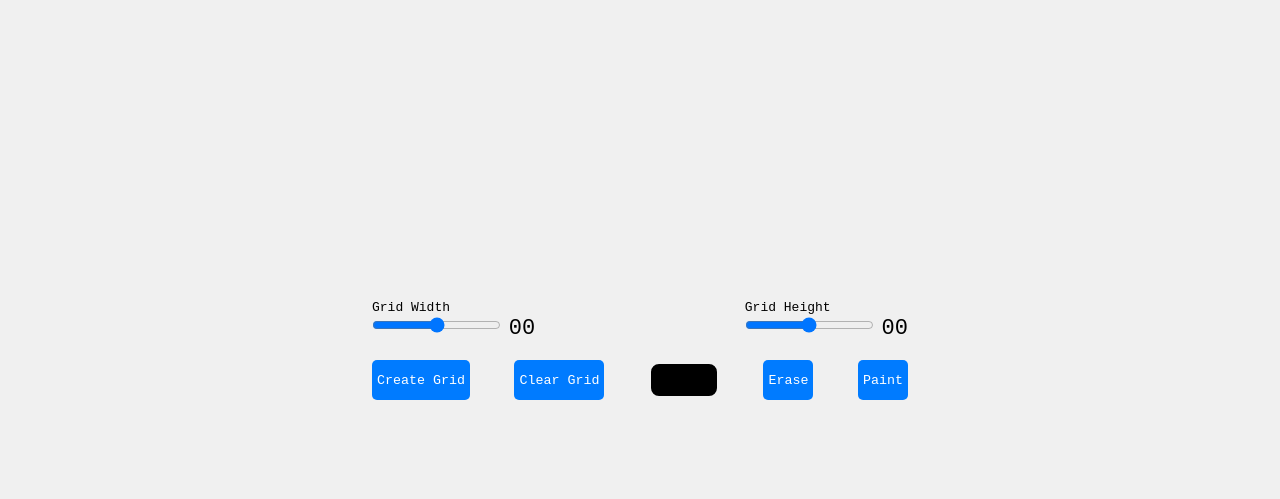
Repository: radisyah/Pixel_Art_Generator
Page: index.html
These files come from the project's save history. The page is drawn as it stood at one moment and after the next save; the edit follows.
The browser window is 1280 px wide. The pictures show the whole page.

Above is the page before, as saved 2024-11-20 12:42:27.

### index.html
<!DOCTYPE html>
<html lang="en">
<head>
    <meta charset="UTF-8">
    <meta name="viewport" content="width=device-width, initial-scale=1.0">
    <link rel="stylesheet" href="style.css">
    <title>#1 - Pixel Art Generator | AsmrProg</title>
</head>
<body>

    <div class="wrapper">

        <div class="options">
            <div class="option-wrapper">
                <div class="slider">
                    <label for="width-range">Grid Width</label>
                    <input type="range" id="width-range" min="1" max="35">
                    <span id="width-value">00</span>
                </div>
                <div class="slider">
                    <label for="height-range">Grid Height</label>
                    <input type="range" id="height-range" min="1" max="35">
                    <span id="height-range">00</span>
                </div>
            </div>

            <div class="option-wrapper">
                <button id="submit-grid">Create Grid</button>
                <button id="clear-grid">Clear Grid</button>
                <input type="color" id="color-input">
                <button id="erase-btn">Erase</button>
                <button id="paint-btn">Paint</button>
            </div>

        </div>

        <div class="container"></div>

    </div>

    <script src="index.js"></script>

</body>
</html>

### style.css
*{
    padding: 0;
    margin: 0;
    box-sizing: border-box;
    font-family: monospace;
}

body{
    background-color: #f0f0f0;
}

.wrapper{
    background-color: #green;
    width: 80vmin;
    position: absolute;
    transform: translate(-50%, -50%);
    top: 50%;
    left: 50%;
    padding: 40px 20px;
    border-radius: 8px;
}

label{
    display: block;
}

span{
    position: relative;
    font-size: 22px;
    bottom: -1px;
}

.option-wrapper{
    display: flex;
    justify-content: space-between;
    margin-bottom: 20px;
    gap: 10px;
}

button{
    background-color: #007bff;
    border: 0;
    border-radius: 5px;
    padding: 5px;
    color: white;
}

input[type="color"]{
    -webkit-appearance: none;
    -moz-appearance: none;
    appearance: none;
    background-color: transparent;
    width: 70px;
    height: 40px;
    border: none;
    cursor: pointer;
}

input[type="color"]::-webkit-color-swatch{
    border-radius: 8px;
    border: 4px solid black;
}

.gridCol{
    height: 1em;
    width: 1em;
    border: 1px solid #ddd;
}

.gridRow{
    display: flex;
}

@media only screen and (max-width: 768px){
    .gridCol{
        height: 0.8em;
        width: 0.8em;
    }
}

Loaded but not shown: index.js (no stored copy; drawn as an empty file)

After the next save:
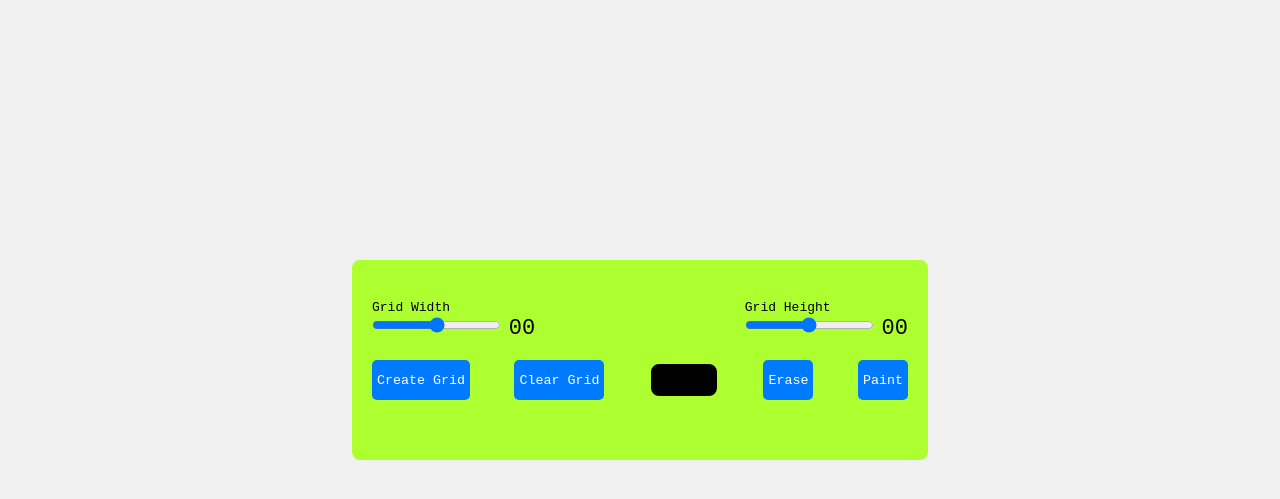
Saved 5 s later.
--- a/style.css
+++ b/style.css
@@ -10,7 +10,7 @@ body{
 }
 
 .wrapper{
-    background-color: #green;
+    background-color: greenyellow;
     width: 80vmin;
     position: absolute;
     transform: translate(-50%, -50%);
